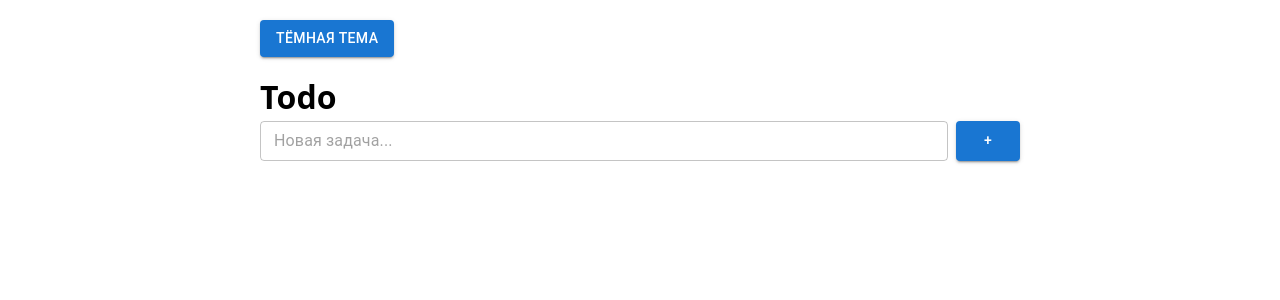
Repository: Burnmyheart/todo-app
Page: /
An editor plug-in stored every save of this project. The page is shown before and after the next save, followed by the edit.
The browser window is 1280 px wide. The pictures show the whole page.
The project was rebuilt for these pictures with package versions that can differ from the ones it lists, and the page was loaded fresh each time. Also part of the build but not shown: vite.config.ts, src/components/EditTodo/EditTodo.tsx, src/components/TodoItem/TodoItem.tsx, src/components/TodoList/TodoList.tsx.

Above is the page before, as saved 2025-09-25 20:38:35.

After the next save:
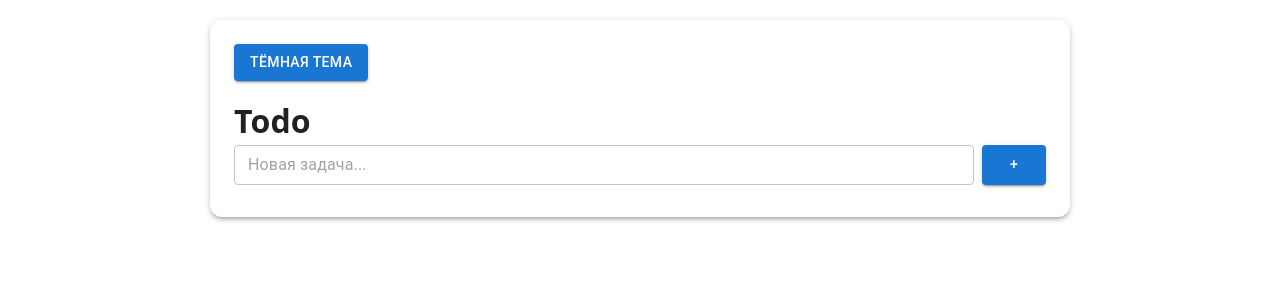
Saved 2 min 12 s later.
--- a/src/App.tsx
+++ b/src/App.tsx
@@ -4,7 +4,7 @@ import TodoList from "./components/TodoList/TodoList";
 import { saveGroups, loadGroups } from "./utils/localStorage";
 import type { TodoGroup } from "./types";
 
-import { ThemeProvider, CssBaseline, Button } from "@mui/material";
+import { ThemeProvider, CssBaseline, Button, Paper } from "@mui/material";
 import { createTheme } from "@mui/material/styles";
 
 const App: React.FC = () => {
@@ -19,6 +19,7 @@ const App: React.FC = () => {
     saveGroups(groups);
   }, [groups]);
 
+  // Тема только для блока
   const theme = createTheme({
     palette: {
       mode: darkMode ? "dark" : "light",
@@ -42,24 +43,37 @@ const App: React.FC = () => {
   };
 
   return (
-    <ThemeProvider theme={theme}>
-      <CssBaseline />
-      <div style={{ padding: "20px", maxWidth: "800px", margin: "0 auto" }}>
-        <Button
-          variant="contained"
-          onClick={() => setDarkMode((prev) => !prev)}
-          sx={{ mb: 2 }}
+    <div style={{ padding: "20px", maxWidth: "900px", margin: "0 auto" }}>
+      <ThemeProvider theme={theme}>
+        <CssBaseline />
+        <Paper
+          elevation={3}
+          sx={{
+            p: 3,
+            borderRadius: 3,
+            bgcolor: darkMode ? "background.default" : "#fff",
+          }}
         >
-          {darkMode ? "Светлая тема" : "Тёмная тема"}
-        </Button>
+          <Button
+            variant="contained"
+            onClick={() => setDarkMode((prev) => !prev)}
+            sx={{ mb: 2 }}
+          >
+            {darkMode ? "Светлая тема" : "Тёмная тема"}
+          </Button>
 
-        <h1>Todo</h1>
-        <AddTodo onAdd={addGroup} />
-        {groups.map((group) => (
-          <TodoList key={group.id} group={group} onUpdateGroup={updateGroup} />
-        ))}
-      </div>
-    </ThemeProvider>
+          <h1>Todo</h1>
+          <AddTodo onAdd={addGroup} />
+          {groups.map((group) => (
+            <TodoList
+              key={group.id}
+              group={group}
+              onUpdateGroup={updateGroup}
+            />
+          ))}
+        </Paper>
+      </ThemeProvider>
+    </div>
   );
 };
 
